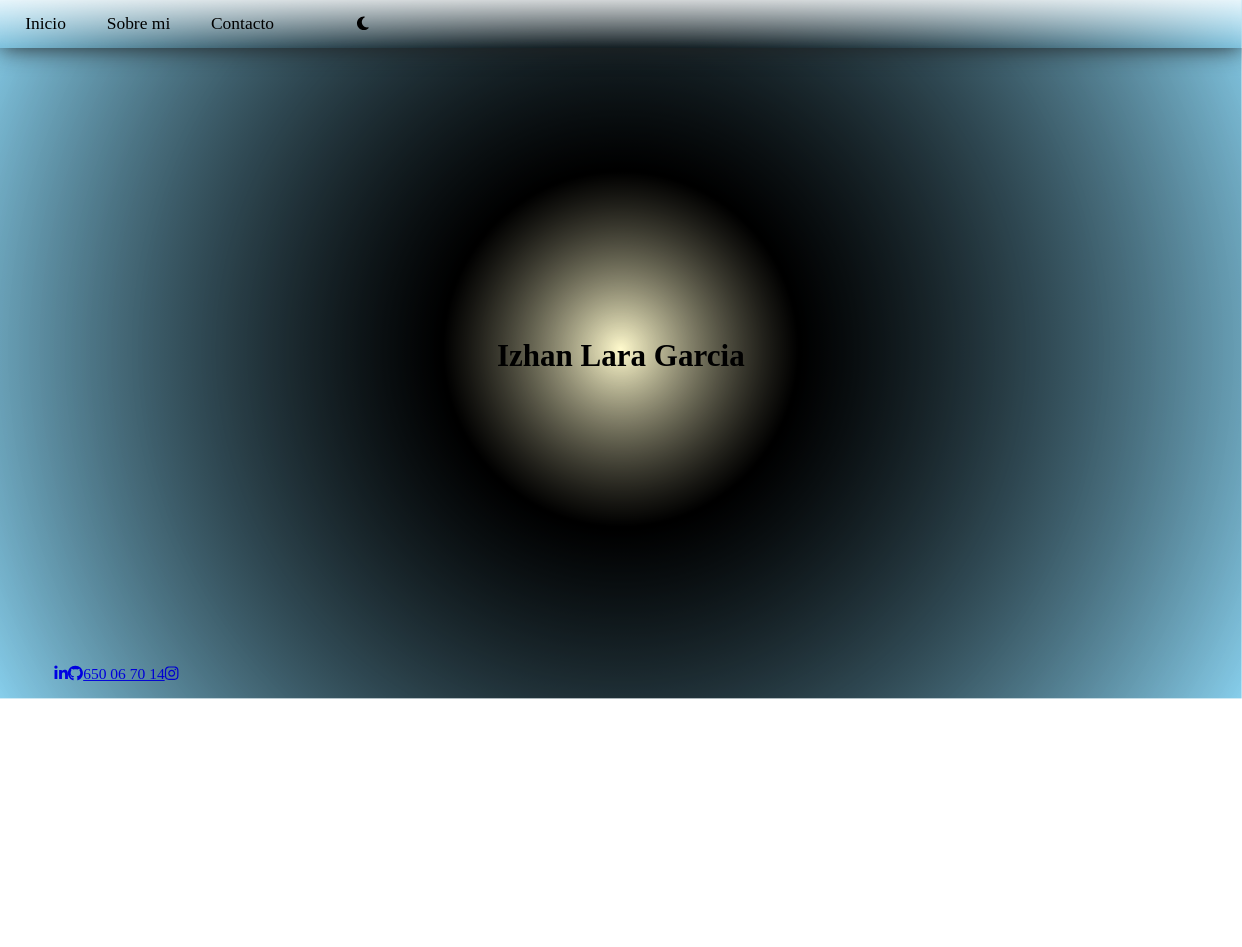
Repository: izhanlaraagarcia/izhanlaraagarcia.github.io
Page: / (app in vite-project/)
The author's editor kept a copy of each file at every save. The page is drawn from the files as they stood at one save, then again after the next save.
The browser window is 1280 px wide. The pictures show the whole page, at 97% of full size.
The project was rebuilt for these pictures with package versions that can differ from the ones it lists, and the page was loaded fresh each time. Also part of the build but not shown: vite-project/vite.config.js, vite-project/src/pages/About/styles/about.scss, vite-project/src/pages/About/about.jsx, vite-project/src/pages/Contact/contact.jsx.

Above is the page before, as saved 2024-08-19 13:19:13.

After the next save:
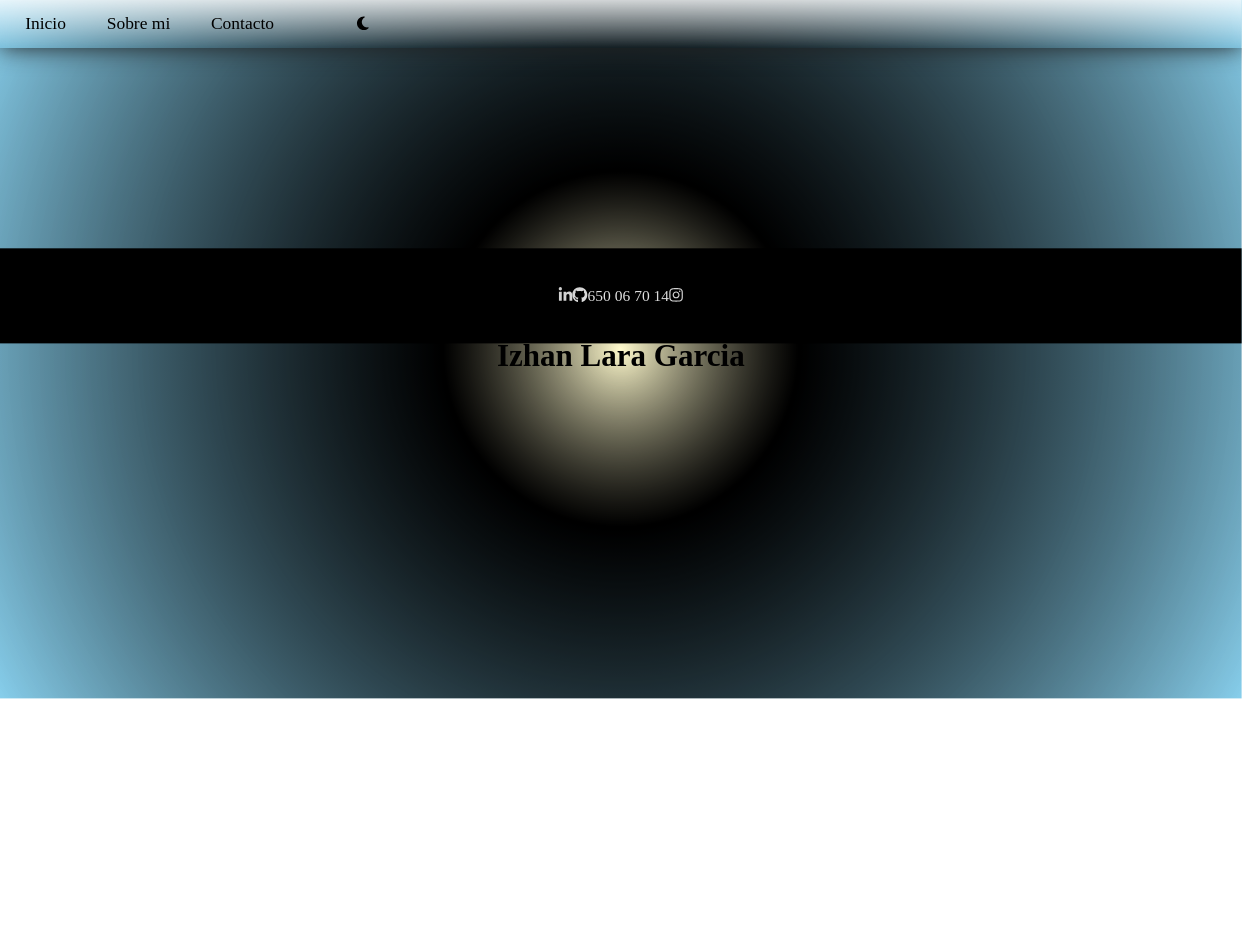
Saved 90 s later.
--- a/vite-project/src/Componentes-Generales/styles/social.scss
+++ b/vite-project/src/Componentes-Generales/styles/social.scss
@@ -1,18 +1,24 @@
 .social-media-container {
-    position: absolute;
-    bottom: 0;
-    left: 0;
+  background-color: #000; // Fondo negro
+  padding: 20px; // Agrega un padding para que no se peguen a los bordes
+  ul {
+    list-style: none; // Elimina los puntos de la lista
+    padding: 0; // Elimina el padding de la lista
+    margin: 0; // Elimina el margen de la lista
   }
-
-  .social-media-container {
-    position: absolute;
-    bottom: 0;
-    left: 0;
-    width: 100%;
+  li {
+    display: block; // Cada item de la lista se mostrará en una línea nueva
+    margin-bottom: 20px; // Agrega un margen inferior para separar los items
   }
-  .social-media-container {
-    position: absolute;
-    bottom: 0;
-    left: 0;
-    width: 200px; /* ancho fijo de 200px */
+  a {
+    color: #fff; // Texto blanco
+    text-decoration: none; // Elimina el subrayado de los enlaces
   }
+  a:hover {
+    color: #ccc; // Texto gris claro al pasar el mouse
+  }
+  .fa-icon {
+    font-size: 24px; // Tamaño de los iconos
+    margin-right: 10px; // Agrega un margen derecho para separar los iconos del texto
+  }
+}
